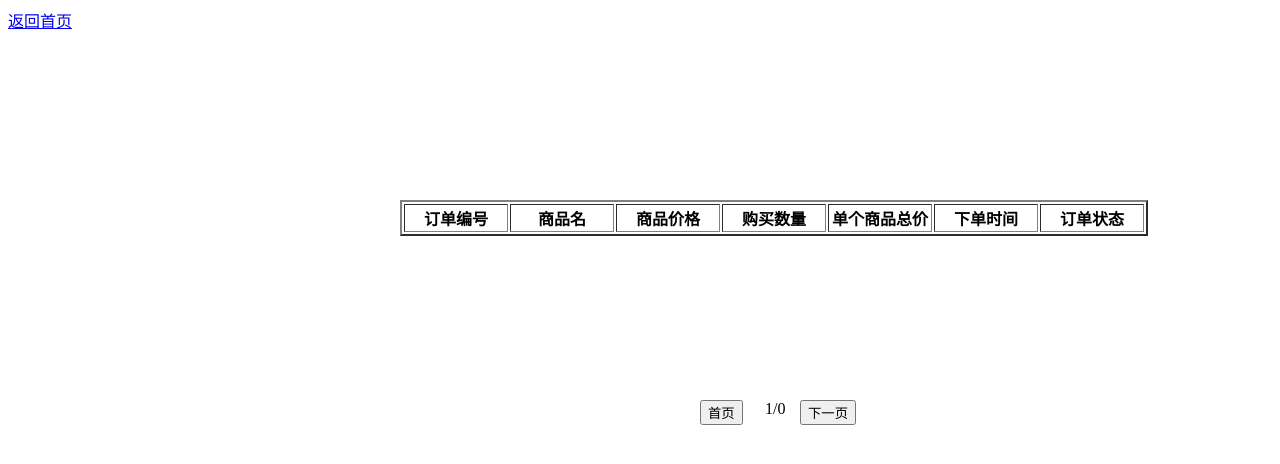
Repository: Gale-student/Gale-student.github.io
Page: http://localhost/weshop/OrdersDetailQueryAllServlet
The author's editor kept a copy of each file at every save. The page is drawn from the files as they stood at one save, then again after the next save.
The browser window is 1280 px wide. The pictures show the whole page.
The page is served by Tomcat 9. Queries for data that is not in the repository find no rows.

Above is the page before, as saved 2022-10-06 13:03:46.

After the next save:
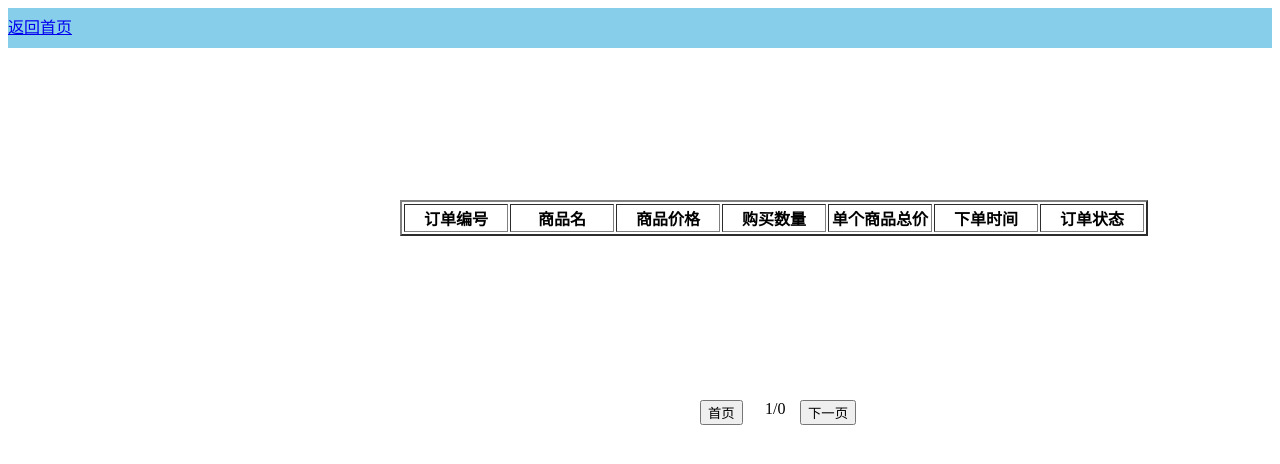
Saved 2 h 56 min later.
--- a/WeShop/weshop/WebRoot/WEB-INF/jsp/OrdersQueryOfUser.jsp
+++ b/WeShop/weshop/WebRoot/WEB-INF/jsp/OrdersQueryOfUser.jsp
@@ -43,7 +43,9 @@ String basePath = request.getScheme()+"://"+request.getServerName()+":"+request.
   </head>
 
   <body>
-    <a href="AaShoppingHomePageServlet">返回首页</a>
+    <div style="background: skyblue; height: 40px;line-height: 40px;">
+        <a href="AaShoppingHomePageServlet">返回首页</a>
+    </div>
     <table style="position: absolute; left: 400px; top: 200px; text-align: center;" border="2" cellspacing="2">
        <tr>
           <th>订单编号</th>
